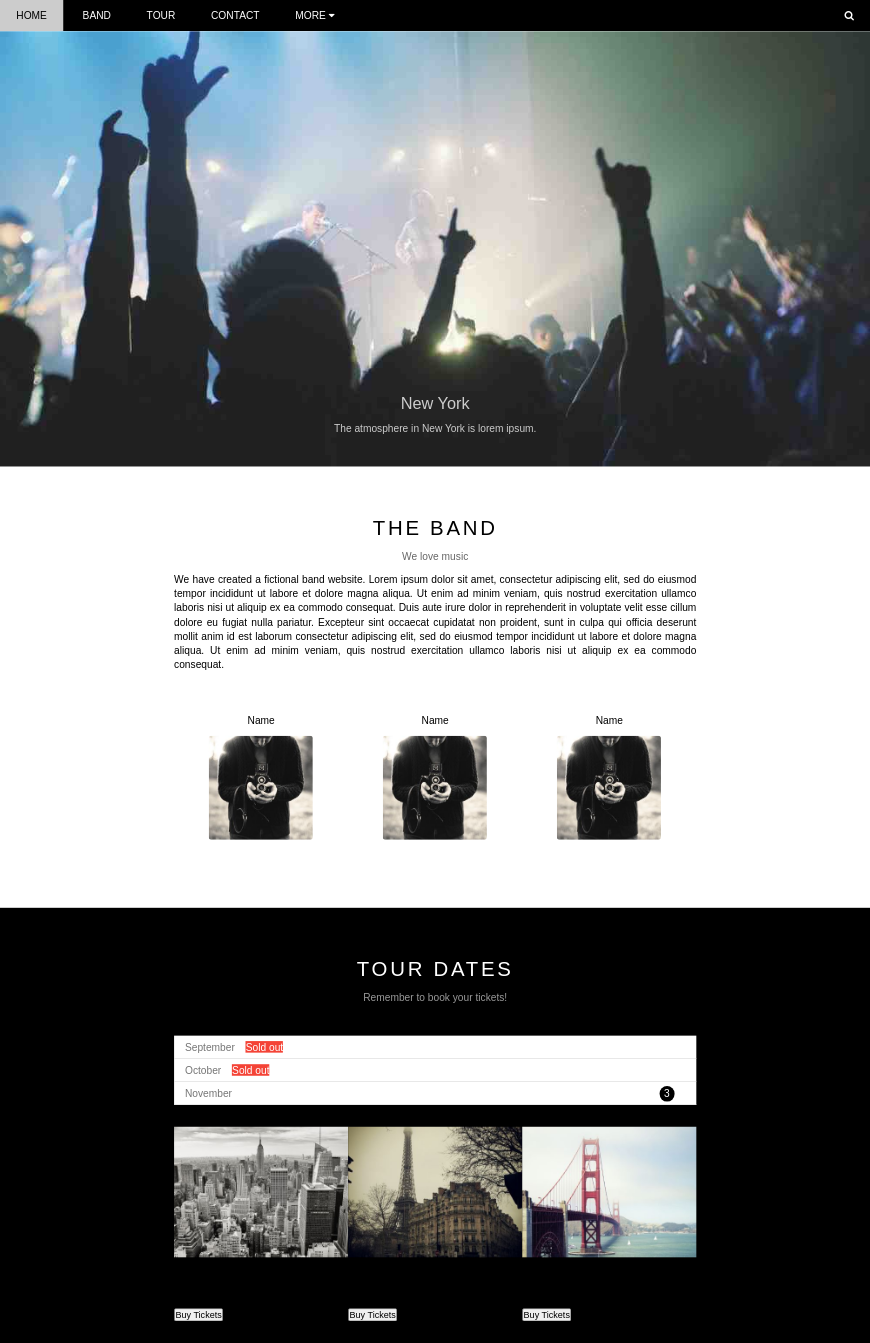
Repository: nguyenhoang2002062929/band
Page: index.html
The author's editor kept a copy of each file at every save. The page is drawn from the files as they stood at one save, then again after the next save.
The browser window is 1280 px wide. The pictures show the whole page, at 68% of full size.

Above is the page before, as saved 2023-06-05 15:33:29.

### index.html
<!DOCTYPE html>
<html lang="en">
<head>
    <meta charset="UTF-8">
    <meta http-equiv="X-UA-Compatible" content="IE=edge">
    <meta name="viewport" content="width=device-width, initial-scale=1.0">
    <title>Bank music   </title>
    <link rel="stylesheet" href="assets/css/style.css">
    <link rel="stylesheet" href="https://cdnjs.cloudflare.com/ajax/libs/font-awesome/4.7.0/css/font-awesome.min.css">
</head>
<body>
    <div class="main">
        <div class="header">
            <ul class="nav">
                <li><a href="">HOME</a></li>
                <li><a href="">BAND</a></li>
                <li><a href="">TOUR</a></li>
                <li><a href="">CONTACT</a></li>
                <li>
                    <a href="" >MORE <i class="fa fa-caret-down"></i></a>
                    <ul class="subnav">
                        <li><a href="">Merchandise</a></li>
                        <li><a href="">Extras</a></li>
                        <li><a href="">Media</a></li>
                    </ul>
                </li>
            </ul>

            <div class="search">
                <a href=""><i class="fa fa-search"></i></a>
            </div>
        </div>

        <div class="slider">
            <div class="text-content">
                <h2 class="text-heading">New York</h2>
                <p class="text-description">The atmosphere in New York is lorem ipsum.</p>
            </div>
        </div>

        <div class="content">
            <div class="about">
                <div class="content-section">
                    <h2 class="section-heading">THE BAND</h2>
                    <p class="section-sub-heading">We love music</p>
                    <p class="section-text">We have created a fictional band website. Lorem ipsum dolor sit amet, consectetur adipiscing elit, sed do eiusmod tempor incididunt ut labore et dolore magna aliqua. Ut enim ad minim veniam, quis nostrud exercitation ullamco laboris nisi ut aliquip ex ea commodo consequat. Duis aute irure dolor in reprehenderit in voluptate velit esse cillum dolore eu fugiat nulla pariatur. Excepteur sint occaecat cupidatat non proident, sunt in culpa qui officia deserunt mollit anim id est laborum consectetur adipiscing elit, sed do eiusmod tempor incididunt ut labore et dolore magna aliqua. Ut enim ad minim veniam, quis nostrud exercitation ullamco laboris nisi ut aliquip ex ea commodo consequat.</p>
                </div>
                <div class="content-member">
                    <div class="member">
                        <div class="member-text">
                            <p>Name</p>
                        </div>
                        <div class="member-img">
                            <img src="./assets/img/member/bandmember.jpg" alt="">
                        </div>
                    </div>
                    <div class="member">
                        <div class="member-text">
                            <p>Name</p>
                        </div>
                        <div class="member-img">
                            <img src="./assets/img/member/bandmember.jpg" alt="">
                        </div>
                    </div>
                    <div class="member">
                        <div class="member-text">
                            <p>Name</p>
                        </div>
                        <div class="member-img">
                            <img src="./assets/img/member/bandmember.jpg" alt="">
                        </div>
                    </div>
                </div>
            </div>

            <!-- tour -->
            <div class="tour">
                <div class="tour-section">
                    <div class="content-section text-while ">
                        <h2 class="section-heading ">TOUR DATES</h2>
                        <p class="section-sub-heading">Remember to book your tickets!</p>
                    </div>
                    <br>

                    <ul class="tickets">
                        <li>September<span class="sold-out">Sold out</span></li>
                        <li>October<span class="sold-out">Sold out</span></li>
                        <li>November<span class="quantity">3</span></li>
                    </ul>

                    <div class="tour-places">
                        <div class="places">
                            <img src="assets/img/places/newyork.jpg" alt="">
                            <div class="places-content">
                                <p class="name">New York</p>
                                <p class="date">Fri 27 Nov 2016</p>
                                <p class="describe">Praesent tincidunt sed tellus ut rutrum sed vitae justo.</p>
                                <button>Buy Tickets</button>
                            </div>

                        </div>
                        <div class="places">
                            <img src="assets/img/places/paris.jpg" alt="">
                            <div class="places-content">
                                <p class="name">Paris</p>
                                <p class="date">Sat 28 Nov 2016</p>
                                <p class="describe">Praesent tincidunt sed tellus ut rutrum sed vitae justo.</p>
                                <button>Buy Tickets</button></div>

                        </div>
                        <div class="places">
                            <img src="assets/img/places/sanfran.jpg" alt="">
                            <div class="places-content">
                                <p class="name">San Francisco</p>
                                <p class="date">Sun 29 Nov 2016</p>
                                <p class="describe">Praesent tincidunt sed tellus ut rutrum sed vitae justo.</p>
                                <button>Buy Tickets</button>
                            </div>

                        </div>
                    </div>
                </div>

            </div>

        </div>

        <div class="footer">

        </div>
    </div>
</body>
</html>

### assets/css/style.css
*{
    margin: 0;
    padding: 0;
    box-sizing: border-box;
}
html{
    font-family: Arial, Helvetica, sans-serif;
}
.text-while{
    color: #fff !important;
}
.header{
    z-index: 1;
    position: fixed;
    height: 46px;
    background-color: #000;
    top: 0;
    left: 0;
    right: 0;
}
.header .nav {
    display: inline-block;
   line-height: 46px;
}
.header .nav > li > a{
    text-decoration: none;
    padding: 0px 24px;
    color: #fff;
    font-size: 15px;
}
.header .nav > li{
    display: inline-block;
    position: relative;
}
.header .nav > li:hover > a{
    display: block;
    color: #000;
    background-color: #ccc;
}
.header .nav .subnav{
    position: absolute;
    display: none;
    background-color: #fff;
    box-shadow: 0 0 10px rgba(0, 0, 0, 0.3) ;
}
.subnav li{
      min-width: 160px;
      list-style-type: none;
}
.nav > li:hover > .subnav{
    display: block;
}
.subnav li:hover a{
    color: #000;
    background-color: #ccc;
}
.subnav a{
    display: block;
    text-decoration: none;
    color: #000;
    padding: 0px 24px;
}
.search{
float: right;
padding: 0 24px;
line-height: 46px;
cursor: pointer;
}
.search a{
    color: rgb(255, 255, 255);
    font-size: 15px;
}
.search:hover{
    color: rgb(255, 255, 255);
    background-color: #f44336!important;
}

.slider{
    position: relative;
    margin-top: 46px;
    padding-top: 50%;
    background: url('../img/slider/slider2.jpg') center top / cover no-repeat;
}
.slider .text-content{
    position: absolute;
    color: #ccc;
    bottom: 0;
    left: 50%;
    transform: translateX(-50%);
    text-align: center;
    padding: 32px 16px;
}
.text-content .text-heading{
    font-size: 24px;
    margin-top: 10px;
    font-weight: 200;
}
.text-content .text-description{
    font-size: 15px;
    margin: 15px 0;
}
.about{
    width: 768px;
   margin-right: auto;
    margin-left: auto;
    padding-bottom: 64px;
}
.content-section{
    text-align: center;
    padding-top: 64px;
    padding-bottom: 15px;
}
.content-section .section-heading{
    font-size: 30px;
    font-weight: 300;
    letter-spacing: 4px;
    margin: 10px;
}
.content-section .section-sub-heading{
    font-size: 15px;
    font-weight: initial;
    margin: 15px;
    opacity: 0.6;
}
.content-section .section-text{
    font-size: 15px;
    text-align: justify;
    line-height: 1.4;
}
.content-member{
    display: flex;
    text-align: center;
    align-items: center;
    padding: 32px 0;
}
.member-text{
    font-size: 15px;
    margin: 15px 0;
}
.member-img img{
    width: 153px;
    border-radius: 4px;
}
.content-member .member{

    width: 33.333%;
}
.tour{
     background-color: #000;
}
.tour-section{
    width: 768px;
    margin-right: auto;
    margin-left: auto;
}
.tickets{
    background-color: #fff;
}
.tickets li{
    border-bottom: 1px solid #ddd;
    padding: 8px 16px;
    font-size: 15px;
    color: rgb(117, 117, 117);
    list-style-type: none;
}
.tickets .sold-out{
    color: #fff;
    background-color: #f44336;
    margin: 16px;
    padding: opx 8px;
}
.tickets .quantity{
    float:right;
    height: 22.5px;
    width: 22.5px;
    margin-right: 16px;
    border-radius: 50%;
    background-color: #000;
    color: #fff;
    text-align: center;
    line-height: 22.5px;
    margin-top: -2px;
}
.tour-places{
    display: flex;
    padding: 32px 0px;

}
.tour-places .places{
    width: 33.3333%;
    padding: o 8px;
}
.places .name{
    font-size: 15px;
}
.places img{
    width: 100%;
}

After the next save:
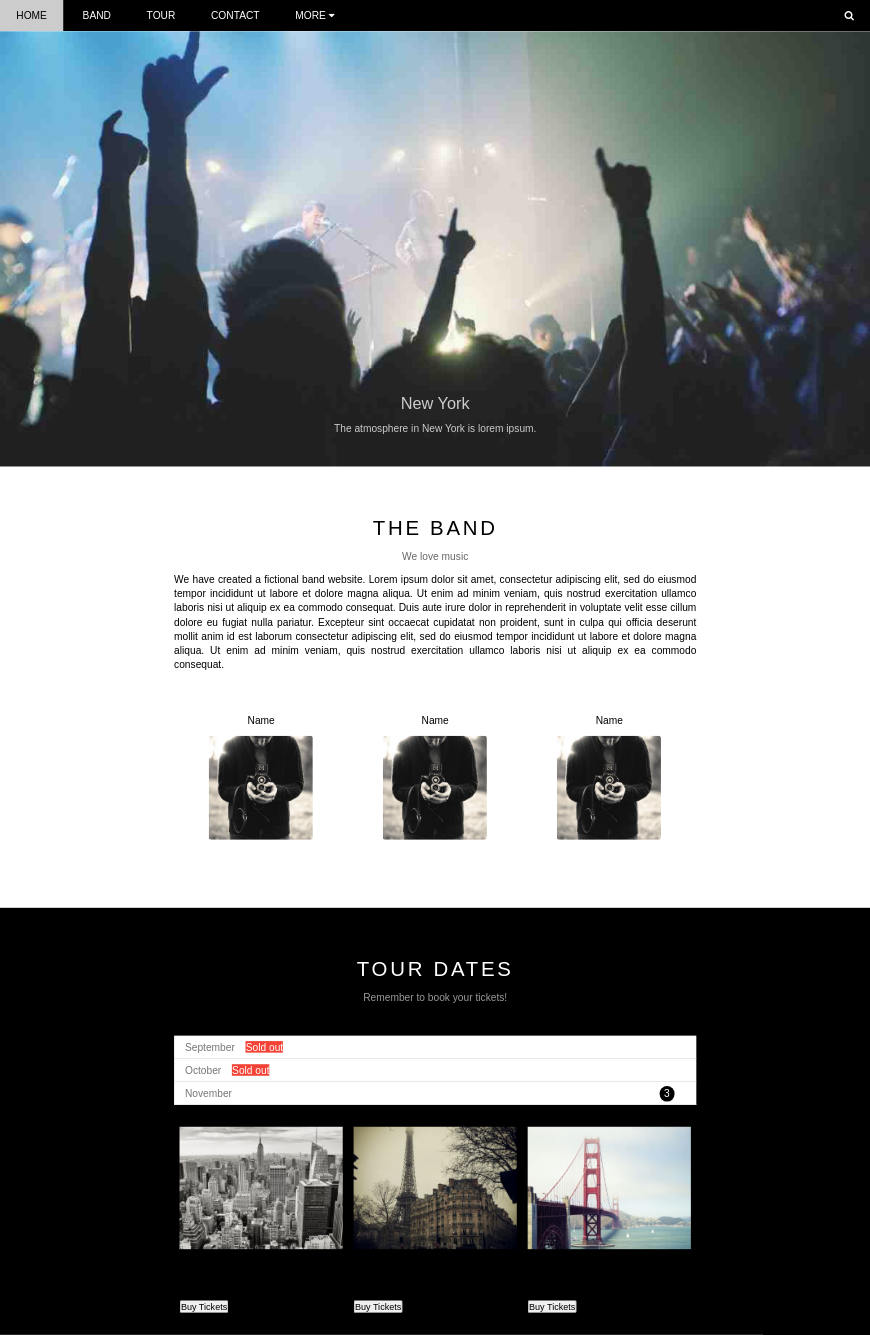
Saved 19 s later.
--- a/assets/css/style.css
+++ b/assets/css/style.css
@@ -188,7 +188,7 @@ cursor: pointer;
 }
 .tour-places .places{
     width: 33.3333%;
-    padding: o 8px;
+    padding: 0 8px;
 }
 .places .name{
     font-size: 15px;
